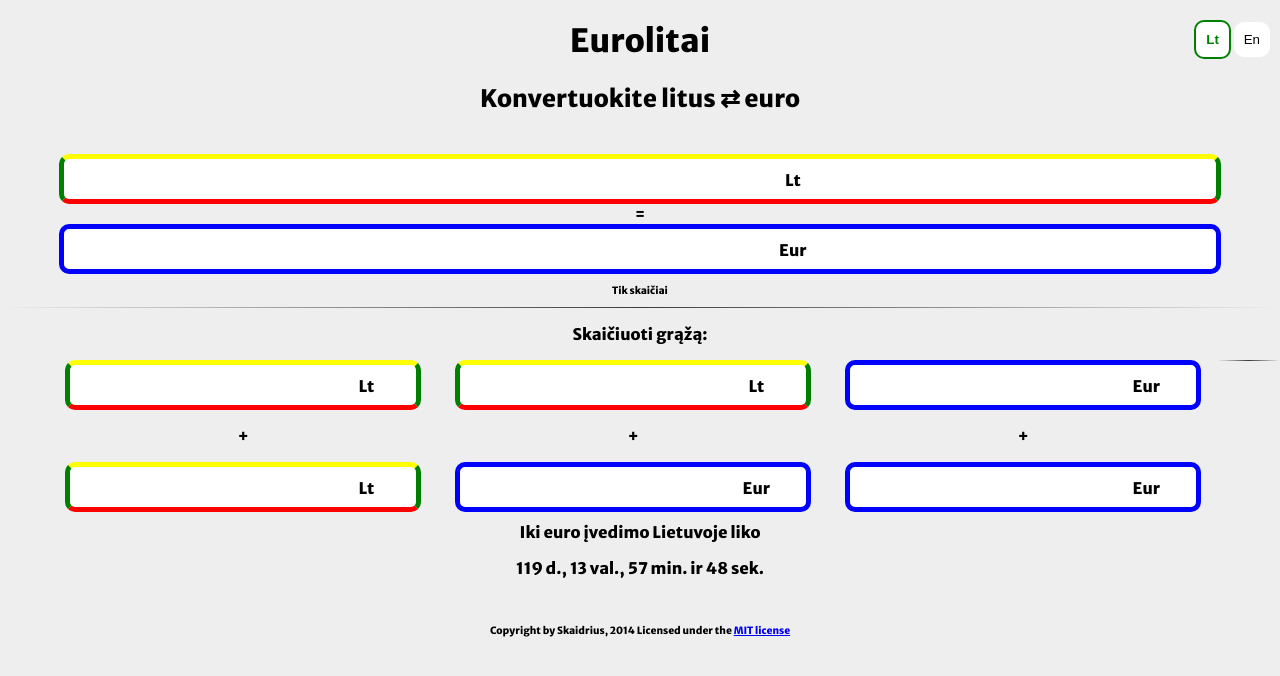
Repository: Skaidrius/eurolitai
Page: index.html
The author's editor kept a record of every edit. The page is drawn from the files as they stood at one moment, then again after the next edit.
The browser window is 1280 px wide. The pictures show the whole page.
Some web libraries are served in a nearby version.

Above is the page before.

### index.html
<!DOCTYPE html>
<html>
  <head>
    <meta charset="utf-8">
    <meta http-equiv="X-UA-Compatible" content="IE=edge,chrome=1">
    <title>Eurolitai</title>
    <meta name="title" content="Eurolitai">
    <meta name="description" content="litų į/iš euro konverteris convert LTL to/from EUR">
    <meta name="viewport" content="width=device-width" scallable="1">
    <link rel="stylesheet" type="text/css" href="style/style.css">

  </head>
  <body class="body">
    <!--calculate LTL <> Eur-->
    <div>
      <h1 class="center">Eurolitai</h1>
        <div class = "languages ">
          <button id="lithuanian" class="button round">Lt</button>
          <button id="english" class="button round">En</button>
        </div>
      <h2 class="center"><span class="lithuanian">Konvertuokite litus &#8644; euro<br> </span><span class="english">Easy convert LTL &#8644; EUR</span></h2><br>
    </div>
    <form class="form center">
      <!--LT box-->
      <div class="box lt round">
        <input class="input center" type="number" id="lt" name="lt">
        <label class="money" for="lt">Lt</label>
      </div>

      <div>&#61;<div>
      <!--En box-->
      <div class="box eur round">
        <input class="input center" type="number" id="eur" name="eur">
        <label class="money" for="eur">Eur</label>
      </div>

      <div id="error" class="alert">
        <p><span class="lithuanian">Tik skaičiai </span><span class="english"> Only numbers</span></p>
      </div>
    </form>
    <hr>
    <!--calculate change-->
    <div class="change">
      <div>
        <p><span class="lithuanian">Skaičiuoti grąžą: </span><span class="english"> Calculate change:</span></p>
        <div id="changeCalculator">
          <div class="third">
            <div class="box lt round">
              <input class="input center" type="number" id="changeLtLt1" name="lt">
              <label class="money" for="lt">Lt</label>
            </div>
            <p>+</p>
            <div class="box lt round">
              <input class="input center" type="number" id="changeLtLt2" name="lt">
              <label class="money" for="lt">Lt</label>
            </div>
          </div>
          <div class="third">
            <div class="box lt round">
              <input class="input center" type="number" id="changeLt" name="lt">
              <label class="money" for="lt">Lt</label>
            </div>
            <p>+</p>
            <div class="box eur round">
              <input class="input center" type="number" id="changeEur" name="eur">
              <label class="money" for="eur">Eur</label>
            </div>
          </div>
          <div class="third">
            <div class="box eur round">
              <input class="input center" type="number" id="changeEurEur1" name="eur">
              <label class="money" for="eur">Eur</label>
            </div>
            <p>+</p>
            <div class="box eur round">
              <input class="input center" type="number" id="changeEurEur2" name="eur">
              <label class="money" for="eur">Eur</label>
            </div>
          </div>
        </div>
      </div>
    </div>
      <!--explain change-->
    <div>
      <div id="explain"></div>
    </div>
    <hr>

    <!--countdown 'till 2015-01-01-->
    <div class = "center">
      <p><span class="english center">Until Euro in Lithuania </span>
      <span class="lithuanian center">Iki euro įvedimo Lietuvoje liko </span></p>
    </div>
		<!--<div id="countdown"></div>-->

		<p id="note"></p>

      <div class="left">
        <span class="english center">left.</span>
      </div>
    <script type="text/javascript" src="https://code.jquery.com/jquery-1.11.1.min.js"></script>
    <script type="text/javascript" src="script/main.js"></script>
    <script type="text/javascript" src="script/script.js"></script>
    <script type="text/javascript" src="script/countdown.js"></script>
  </body>
  <footer class="down center">Copyright by Skaidrius, 2014 Licensed under the <a href="http://opensource.org/licenses/MIT">MIT license</a></footer>
</html>

### style/style.css
@import url(http://fonts.googleapis.com/css?family=Merriweather+Sans:400,800&subset=latin,latin-ext);

/*body*/
.body {
  width:100%;
  margin: 0 auto;
  font: bold 16px 'Merriweather Sans', sans-serif;
  background: #eee;
  overflow-x: none;
}

#countDownBlock {
  padding: 10px;
}

.button {   padding: 10px;
  background: white;
  border: 3px #000;
}

.center {
  text-align: center;
  clear: both;
}

.box {
  text-align: center;
  background: white;
  margin: 0 auto;
  position: relative;
  max-width: 90%;
}

.input {
  display: inline-block;
  max-width: 65%;
  padding: 8px 12px;
  margin: 0;
  font-size: 1.3em;
  font-weight: bold;
  border: 0;
  position: relative;
  outline: 0;
  color: #53f;
}

.round {   border-radius: 10px; }

.active {
  border: 2px solid green;
  background: white;
  color: green;
  font-weight: bold;
}

.lt {
  border-top: 5px solid yellow;
  border-left: 5px solid green;
  border-right: 5px solid green;
  border-bottom: 5px solid red;
}

.eur {
  border: 5px solid blue;
  margin-bottom: 10px;
}

.money {
  padding-right: 5px;
}

.input::-webkit-outer-spin-button,
.input::-webkit-inner-spin-button {
    /* display: none; <- Crashes Chrome on hover */
    -webkit-appearance: none;
    margin: 0; /* <-- Apparently some margin are still there even though it's hidden */
}

.error {
  display: inline-block;
  font-size: 1em;
  font-weight: bold;
  padding: 10px;
  margin: 0 auto;
  margin-bottom: 1em;
  color: white;
  background-color: red;
}

.visible {  visibility: visible; }

.hidden { display: none; }

.languages {
  position: absolute;
  right: 10px;
  top: 20px;
}

.alert {   font-size: 10px; }

#countdown {
  margin: 10px auto;
}

.countdownHolder{
  padding-top: 10px;
	margin:0 auto;
	font: 24px/1.5 'Open Sans Condensed',sans-serif;
	text-align:center;
	letter-spacing:-3px;
}

.position{
	display: inline-block;
	height: 1.6em;
	overflow: hidden;
	position: relative;
	width: 1.05em;
}

.digit{
	position:absolute;
	display:block;
	width:1em;
	background-color:#eee;
	border-radius:0.2em;
	text-align:center;
	color:#444;
	letter-spacing:-1px;
}

.digit.static{
	box-shadow:1px 1px 1px rgba(4, 4, 4, 0.35);

	background-image: linear-gradient(bottom, #3A3A3A 50%, #444444 50%);
	background-image: -o-linear-gradient(bottom, #3A3A3A 50%, #444444 50%);
	background-image: -moz-linear-gradient(bottom, #3A3A3A 50%, #444444 50%);
	background-image: -webkit-linear-gradient(bottom, #3A3A3A 50%, #444444 50%);
	background-image: -ms-linear-gradient(bottom, #3A3A3A 50%, #444444 50%);

	background-image: -webkit-gradient(
		linear,
		left bottom,
		left top,
		color-stop(0.8, #eee),
		color-stop(0.5, #fff)
	);
}

/**
 * You can use these classes to hide parts
 * of the countdown that you don't need.
 */

.countDiv{
	display:inline-block;
	width:16px;
	height:1.6em;
	position:relative;
}

.countDiv:before,
.countDiv:after{
	position:absolute;
	width:5px;
	height:5px;
	background-color:#444;
	border-radius:50%;
	left:50%;
	margin-left:-3px;
	top:0.5em;
	box-shadow:1px 1px 1px rgba(4, 4, 4, 0.5);
	content:'';
}

.countDiv:after{
	top:0.9em;
}

.popular {
  display: inline-block;
}

.popular ul {
  margin-top: 0;
  padding: 0 10px;
  float: left;
  font-size: 0.7em;
  font: sans-serif;
}
.popular ul li{
  list-style: none;
}

hr {
    /* http://css-tricks.com/examples/hrs/ */
    border: 0;
    height: 1px;
    background-image: -webkit-linear-gradient(left, rgba(0,0,0,0), rgba(0,0,0,0.75), rgba(0,0,0,0));
    background-image:    -moz-linear-gradient(left, rgba(0,0,0,0), rgba(0,0,0,0.75), rgba(0,0,0,0));
    background-image:     -ms-linear-gradient(left, rgba(0,0,0,0), rgba(0,0,0,0.75), rgba(0,0,0,0));
    background-image:      -o-linear-gradient(left, rgba(0,0,0,0), rgba(0,0,0,0.75), rgba(0,0,0,0));
}
#showChange {
  margin-bottom: 10px;
}


.down {
  font-size: 10px;
  padding: 30px 0 10px 0;
}

.third:first-child{
  padding-left: 4%;
}
.changeCalculator:after{
  content: '';
  display:table;
  clear: both;
}
.changeCalculator {
  width: 100%;
}
.third {
  width: 30%;
  padding: 0 3px;
  float: left;
}
.explain:before {
  clear: both;
}

### script/main.js
(function($) {

  var ltInp = $('#lt'),
      eurInp = $('#eur'),
      changeLtLt1Inp = $('#changeLtLt1'),
      changeLtLt2Inp = $('#changeLtLt2'),
      changeLtInp = $('#changeLt'),
      changeEurInp = $('#changeEur'),
      changeEurEur1Inp = $('#changeEurEur1'),
      changeEurEur2Inp = $('#changeEurEur2'),
      lithuanianInp = $("#lithuanian"),
      englishInp = $("#english"),
      error = $('#error');

  // initialisation
  $(".english").addClass("hidden");
  lithuanianInp.addClass("active");

  //change language
  lithuanianInp.click(function(){
    $(this).addClass("active");
    englishInp.removeClass("active");
    $(".english").hide();
    $(".lithuanian").show();
  });
  englishInp.click(function(){
    $(this).addClass("active");
    lithuanianInp.removeClass("active");
    $(".lithuanian").hide();
    $(".english").show();
  });

  var show = function(){
    $(this).removeClass("hidden").addClass("visible");
  };

  var hide = function(){
    $(this).removeClass("visible").addClass("hidden");
  };

  // convert currency functions
  var toEur = function(lt){
    var eur;
    eur = (lt / 3.4528).toFixed(2);
    return eur;
  };

  var toLt = function(eur){
    var lt;
    lt = (eur * 3.4528).toFixed(2);
    return lt;
  };

  //convert currencies
  ltInp.keyup(function () {
    var lt = $(this).val(),
        eur = toEur(lt);
    if ($.isNumeric(lt)) {
      hideError();
      eurInp.val(eur).toString().replace(".", ",");
      showNumbers();
    } else {
      showError();
    }
  });

  eurInp.keyup(function () {
    var eur = $(this).val(),
        lt = toLt(eur);
    if ($.isNumeric(eur)) {
      hideError();
      ltInp.val(lt).toString().replace(".", ",");
      showNumbers();
    } else {
      showError();
    }
  });

  var hideError = function(){
    error.addClass("hidden");
    clear();
  };
  var showError = function() {
    error.removeClass("hidden").addClass("error");
  };

  //clearing functions
  var clear = function(){
    changeLtLt1Inp.val('');
    changeLtLt2Inp.val('');
    changeLtInp.val('');
    changeEurInp.val('');
    changeEurEur1Inp.val('');
    changeEurEur2Inp.val('');
  };
  var clear1 = function(){
    changeLtInp.val('');
    changeEurInp.val('');
    changeEurEur1Inp.val('');
    changeEurEur2Inp.val('');
  };
  var clear2 = function(){
    changeLtLt1Inp.val('');
    changeLtLt2Inp.val('');
    changeEurEur1Inp.val('');
    changeEurEur2Inp.val('');
  };
  var clear3 = function(){
    changeLtLt1Inp.val('');
    changeLtLt2Inp.val('');
    changeLtInp.val('');
    changeEurInp.val('');
  };

  // currency change calculator
  // first conversion LTL(EUR)=LTL+LTL
  changeLtLt1Inp.keyup(function () {
    clear1();
    var change,
        lt = $(this).val();
    change =  (ltInp.val() - lt).toFixed(2);
    changeLtLt2Inp.val(change).toString().replace(".", ",");
    showNumbers();
  });

  changeLtLt2Inp.keyup(function () {
    clear1();
    var change,
        lt = $(this).val();
    change = (ltInp.val() - lt).toFixed(2);
    changeLtLt1Inp.val(change).toString().replace(".", ",");
    showNumbers();
  });

  // second conversion LTL(EUR)=LTL+EUR
  changeLtInp.keyup(function () {
    clear2();
    var change,
        lt = $(this).val();
    change =  toEur(ltInp.val() - lt);
    changeEurInp.val(change).toString().replace(".", ",");
    showNumbers();
  });

  changeEurInp.keyup(function () {
    clear2();
    var change,
        eur = $(this).val();
    change = toLt(eurInp.val() - eur);
    changeLtInp.val(change).toString().replace(".", ",");
    showNumbers();
  });

  // third conversion LTL(EUR)=EUR+EUR
  changeEurEur1Inp.keyup(function () {
    clear3();
    var change,
        eur = $(this).val();
    change = (eurInp.val() - eur).toFixed(2);
    changeEurEur2Inp.val(change).toString().replace(".", ",");
    showNumbers();
  });

  changeEurEur2Inp.keyup(function () {
    clear3();
    var change,
        eur = $(this).val();
    change = (eurInp.val() - eur).toFixed(2);
    changeEurEur1Inp.val(change).toString().replace(".", ",");
    showNumbers();
  });

  // show calculation
  var showNumbers = function(){
    var explain = $('#explain'),
        lts = ltInp.val().toString().replace(".", ","),
        eurs = eurInp.val().toString().replace(".", ","),
        changeLtLt1 = changeLtLt1Inp.val().toString().replace(".", ","),
        changeLtLt2 = changeLtLt2Inp.val().toString().replace(".", ","),
        changeEurs = changeEurInp.val().toString().replace(".", ","),
        changeLts = changeLtInp.val().toString().replace(".", ","),
        changeEurEur1 = changeEurEur1Inp.val().toString().replace(".", ","),
        changeEurEur2 = changeEurEur2Inp.val().toString().replace(".", ","),
        calculationText;
    if (changeLtLt1 !=="" && changeLtLt2 !=="") {
      calculationText = "<p>" + lts +" Lt (" + eurs + " Eur) = " + changeLtLt1 +" Lt + " + changeLtLt2 + " Lt" + "</p>";
    } else if (changeEurs !=="" && changeLts !=="") {
      calculationText = "<p>" + lts +" Lt (" + eurs + " Eur) = " + changeLts +" Lt + " + changeEurs + " Eur" + "</p>";
    } else if (changeEurEur1 !=="" && changeEurEur2!=="" ) {
      calculationText = "<p>" + lts +" Lt (" + eurs + " Eur) = " + changeEurEur1 +" Eur + " + changeEurEur2 + " Eur" + "</p>";
    } else {
      calculationText = "<p>" + lts +" Lt (" + eurs + " Eur) " + "</p>";
    }
    explain.html(calculationText);
  };

}) (jQuery);

### script/script.js
/**
 * @name		jQuery Countdown Plugin
 * @author		Martin Angelov
 * @version 	1.0
 * @url			http://tutorialzine.com/2011/12/countdown-jquery/
 * @license		MIT License
 */

$(function(){

	var note = $('#note'),
		ts = new Date(2015, 0, 1);


	if((new Date()) > ts){
		// Notice the *1000 at the end - time must be in milliseconds
		ts = (new Date()).getTime();
	}

	$('#countdown').countdown({
		timestamp	: ts,
		callback	: function(days, hours, minutes, seconds){

			var message = "";
				if ($('#english').hasClass("active")){
				message += days + " day" + ( days==1 ? '':'s' );
				message += hours + " hour" + ( hours==1 ? '':'s' );
				message += minutes + " minute" + ( minutes==1 ? '':'s' ) + " and ";
				message += seconds + " second" + ( seconds==1 ? '':'s' ) ;
				} else {
				message += days + " d." + ", ";
				message += hours + " val." + ", ";
				message += minutes + " min." + " ir ";
				message += seconds + " sek.";
				}

			note.html(message);
		}
	});

});

### script/countdown.js
/**
 * @name		jQuery Countdown Plugin
 * @author		Martin Angelov
 * @version 	1.0
 * @url			http://tutorialzine.com/2011/12/countdown-jquery/
 * @license		MIT License
 */

(function($){
	// Number of seconds in every time division
	var days	= 24*60*60,
		hours	= 60*60,
		minutes	= 60;

	// Creating the plugin
	$.fn.countdown = function(prop){
		var options = $.extend({
			callback	: function(){},
			timestamp	: 0
		},prop);

		var left, d, h, m, s, positions;

		// Initialize the plugin
		init(this, options);

		positions = this.find('.position');

		(function tick(){

			// Time left
			left = Math.floor((options.timestamp - (new Date())) / 1000);

			if(left < 0){
				left = 0;
			}

			// Number of days left
			d = Math.floor(left / days);

			updateDuoDays(0, 1, d);
			left -= d*days;

			// Number of hours left
			h = Math.floor(left / hours);
			updateDuo(2, 3, h);
			left -= h*hours;

			// Number of minutes left
			m = Math.floor(left / minutes);
			updateDuo(4, 5, m);
			left -= m*minutes;

			// Number of seconds left
			s = left;
			updateDuo(6, 7, s);

			// Calling an optional user supplied callback
			options.callback(d, h, m, s);

			// Scheduling another call of this function in 1s
			setTimeout(tick, 1000);
		})();

		// This function updates two digit positions at once
		function updateDuo(minor,major,value){
			switchDigit(positions.eq(minor),Math.floor(value/10)%10);
			switchDigit(positions.eq(major),value%10);
		}
		function updateDuoDays(minor, major,value){
			switchDigit(positions.eq(minor),Math.floor(value/10)%10);
			switchDigit(positions.eq(major),value%10);
		}


		return this;
	};


	function init(elem, options){
		elem.addClass('countdownHolder');

		// Creating the markup inside the container
		$.each(['Hours','Days','Minutes','Seconds'],function(i){
			$('<span class="count'+this+'">').html(
				'<span class="position">\
					<span class="digit static">0</span>\
				</span>\
				<span class="position">\
					<span class="digit static">0</span>\
				</span>'
			).appendTo(elem);

			if(this!="Seconds"){
				elem.append('<span class="countDiv countDiv'+i+'"></span>');
			}
		});

	}

	// Creates an animated transition between the two numbers
	function switchDigit(position,number){

		var digit = position.find('.digit')

		if(digit.is(':animated')){
			return false;
		}

		if(position.data('digit') == number){
			// We are already showing this number
			return false;
		}

		position.data('digit', number);

		var replacement = $('<span>',{
			'class':'digit',
			css:{
				top:'-2.1em',
				opacity:0
			},
			html:number
		});

		// The .static class is added when the animation
		// completes. This makes it run smoother.

		digit
			.before(replacement)
			.removeClass('static')
			.animate({top:'2.5em',opacity:0},'fast',function(){
				digit.remove();
			})

		replacement
			.delay(100)
			.animate({top:0,opacity:1},'fast',function(){
				replacement.addClass('static');
			});
	}
})(jQuery);

After the next edit:
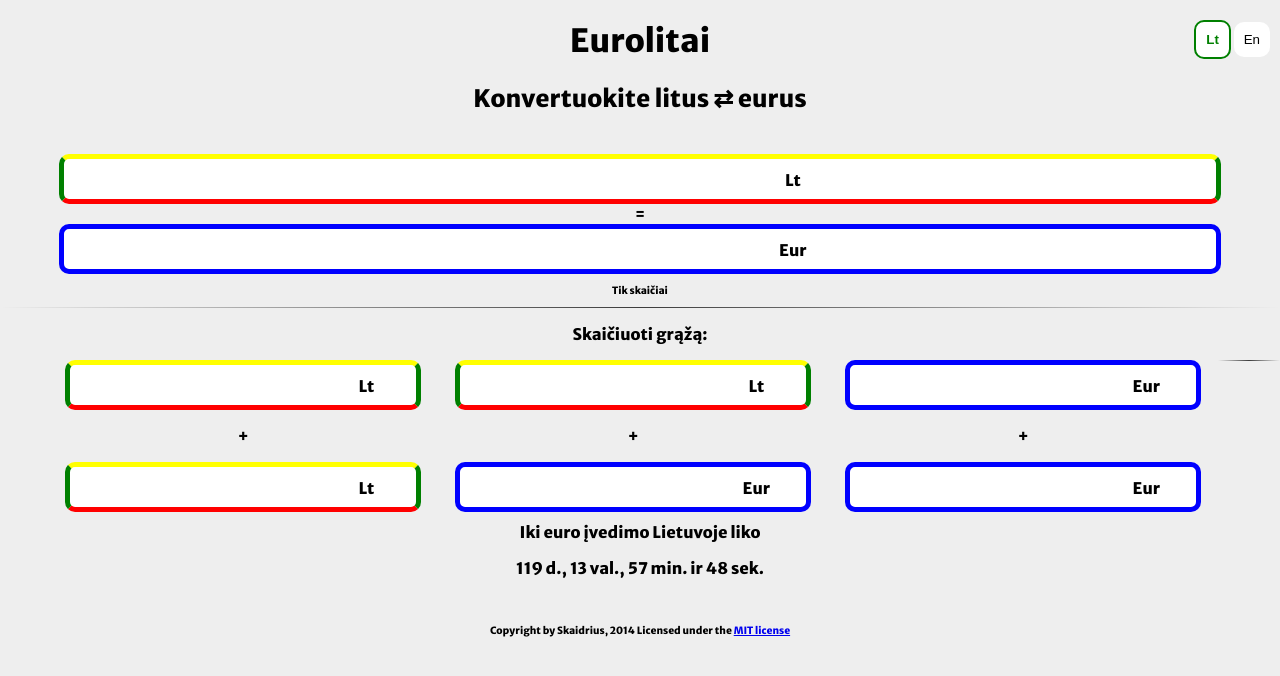
The edit:
--- a/index.html
+++ b/index.html
@@ -18,7 +18,7 @@
           <button id="lithuanian" class="button round">Lt</button>
           <button id="english" class="button round">En</button>
         </div>
-      <h2 class="center"><span class="lithuanian">Konvertuokite litus &#8644; euro<br> </span><span class="english">Easy convert LTL &#8644; EUR</span></h2><br>
+      <h2 class="center"><span class="lithuanian">Konvertuokite litus &#8644; eurus<br> </span><span class="english">Easy convert LTL &#8644; EUR</span></h2><br>
     </div>
     <form class="form center">
       <!--LT box-->
